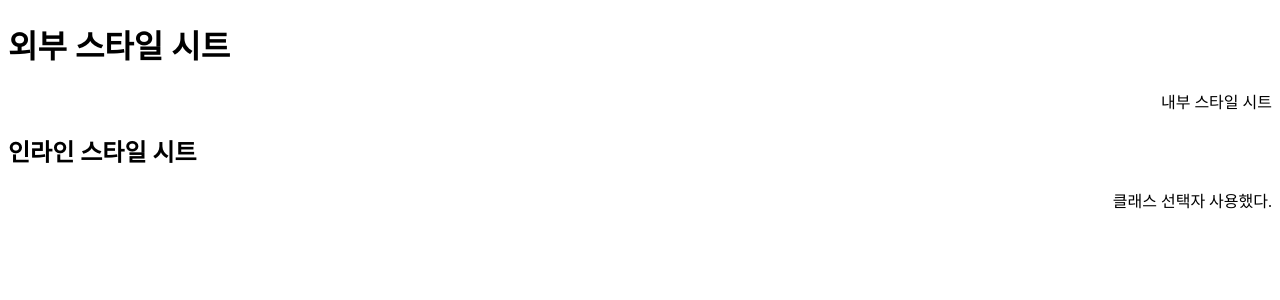
Repository: bh03/bh03.github.io
Page: css.html
The author's editor kept a record of every edit. The page is drawn from the files as they stood at one moment, then again after the next edit.
The browser window is 1280 px wide. The pictures show the whole page.

Above is the page before.

### css.html
<!DOCTYPE html>
<html>
    <head>
        <meta charset="UTF-8">
        <title> 외부 스타일 시트 방식 </title>
        <link rel="stylesheet" href="test.css" type="test/css">
        <style type="text/css">
            .p{font-family:궁서; color:blue;}
        </style>
    </head>
    <body>
        <h1> 외부 스타일 시트 </h1>
        <p align="right">내부 스타일 시트</p>
        <h2 style=font-family:고딕;> 인라인 스타일 시트</h2>
        <p class="test" align="right"> 클래스 선택자 사용했다.</p>
    </body>
</html>

After the next edit:
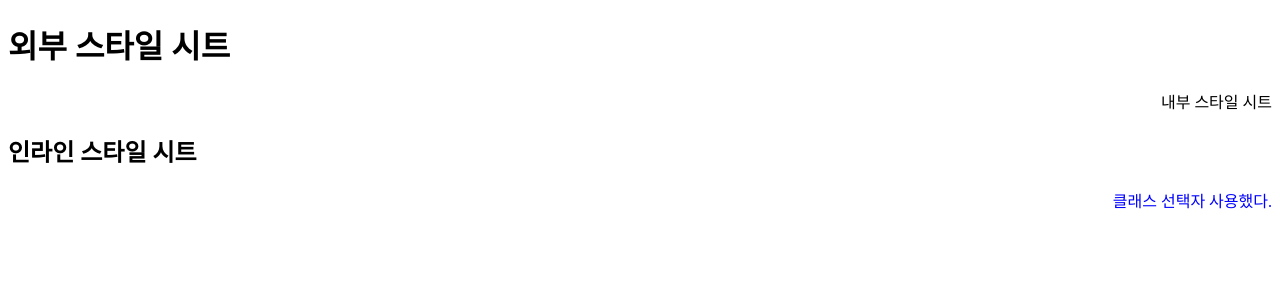
The edit:
--- a/css.html
+++ b/css.html
@@ -5,7 +5,7 @@
         <title> 외부 스타일 시트 방식 </title>
         <link rel="stylesheet" href="test.css" type="test/css">
         <style type="text/css">
-            .p{font-family:궁서; color:blue;}
+            .test{font-family:궁서; color:blue;}
         </style>
     </head>
     <body>
